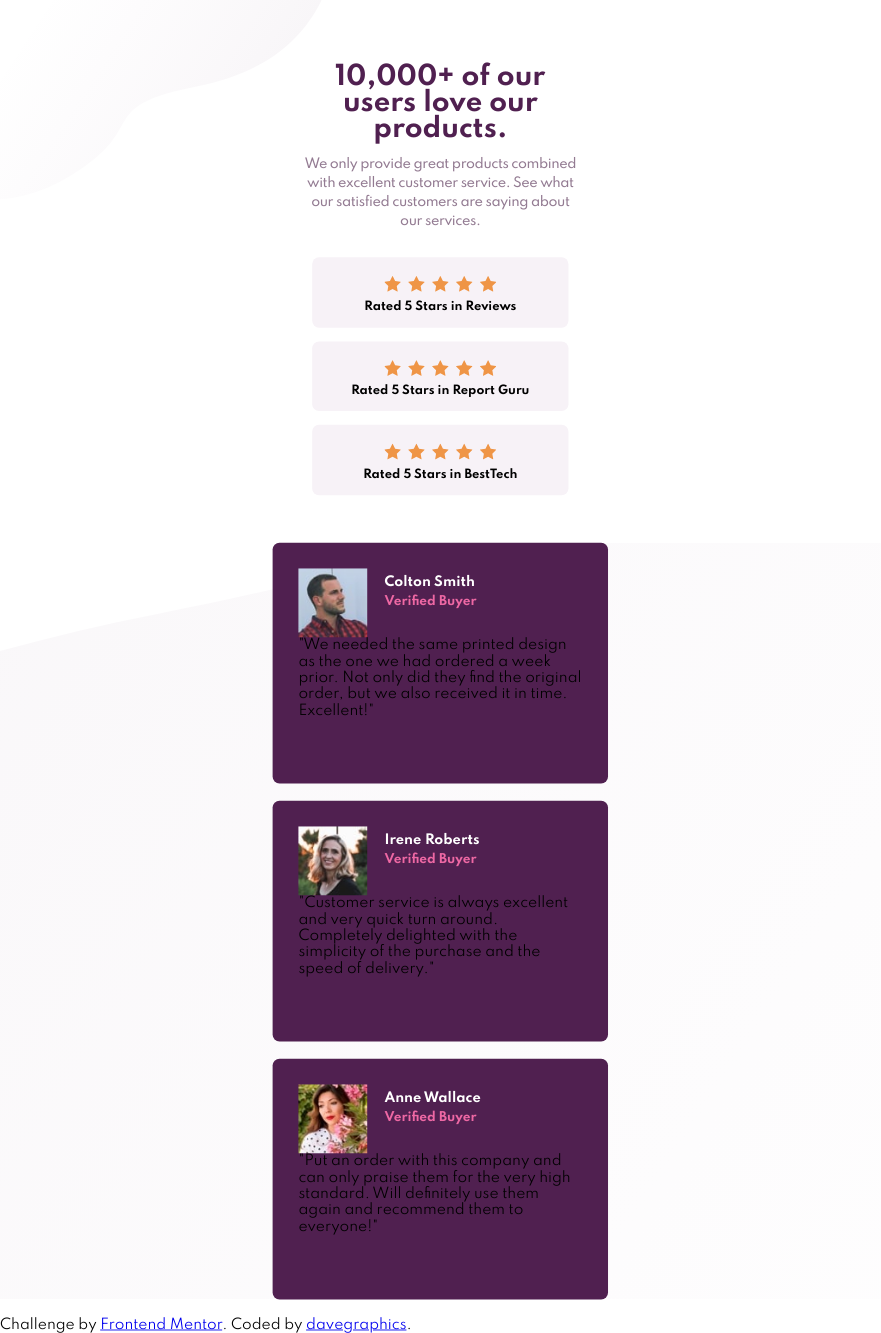
Repository: DejV44/social-proof-section-master
Page: index.html
The author's editor kept a copy of each file at every save. The page is drawn from the files as they stood at one save, then again after the next save.
The browser window is 1024 px wide. The pictures show the whole page, at 86% of full size.
The style sheet was rebuilt from its Sass, Less or Tailwind sources for each picture, by a compiler version that may differ from the author's.

Above is the page before, as saved 2021-06-26 21:29:33.

After the next save:
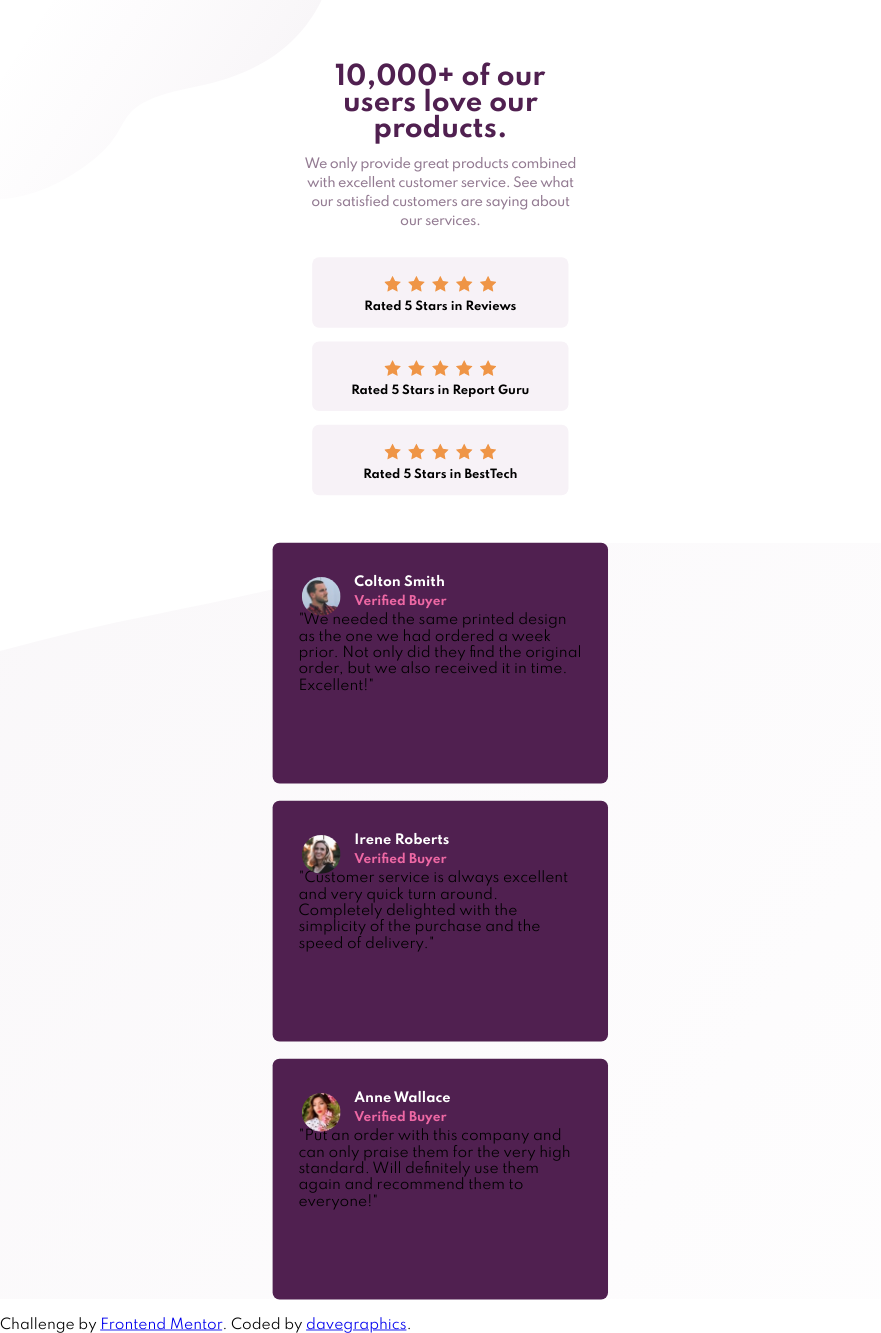
Saved 17 s later.
--- a/css/main.scss
+++ b/css/main.scss
@@ -333,6 +333,16 @@ body {
                         padding-left: 20px;
                         font-size: 14px;
                     }
+
+                    img {
+                        margin-top: 6px;
+                        border-radius: 5em;
+                        width: 45px;
+                        height: 45px;
+                        position: relative;
+                        top: 4px;
+                        left: 4px;
+                    }
                 }
             }
         }
